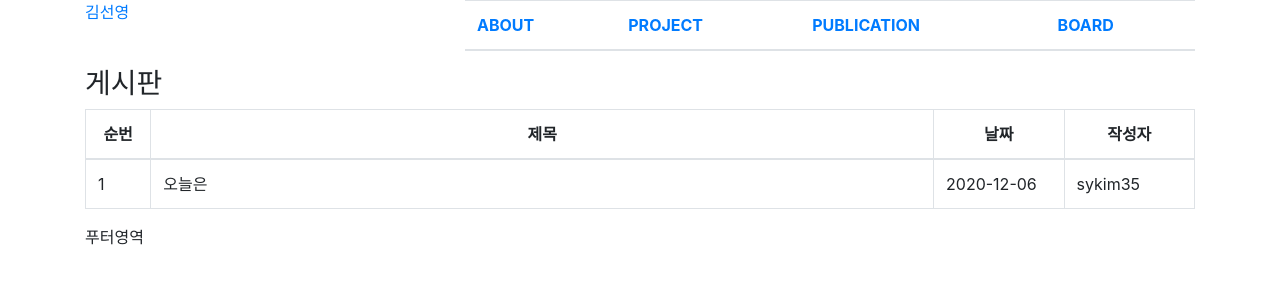
Repository: supremest35/web-projects
Page: http://localhost/noticeboard/board/list.jsp
The author's editor kept a copy of each file at every save. The page is drawn from the files as they stood at one save, then again after the next save.
The browser window is 1280 px wide. The pictures show the whole page.
The page is served by Tomcat 9. Other server files are loaded and not shown.

Above is the page before, as saved 2020-12-06 03:54:58.

### noticeboard/WebContent/board/list.jsp
<%@ page language="java" contentType="text/html; charset=UTF-8"
    pageEncoding="UTF-8"%>
<!DOCTYPE html>
<html lang="ko">
<head>
  <title>Bootstrap 4 Example</title>
  <meta charset="utf-8">
  <meta name="viewport" content="width=device-width, initial-scale=1">
  <link rel="stylesheet" href="https://maxcdn.bootstrapcdn.com/bootstrap/4.5.2/css/bootstrap.min.css">
  <script src="https://ajax.googleapis.com/ajax/libs/jquery/3.5.1/jquery.min.js"></script>
  <script src="https://cdnjs.cloudflare.com/ajax/libs/popper.js/1.16.0/umd/popper.min.js"></script>
  <script src="https://maxcdn.bootstrapcdn.com/bootstrap/4.5.2/js/bootstrap.min.js"></script>
</head>
<body>
<div class="container">
	<div class="row">
		<div class="col-2"><a href="index.jsp">김선영</a></div>
		<div class="col-2"></div>
		<div class="col-8">
			<table class="table">
				<thead>
					<tr>
						<th><a href="">ABOUT</a></th>
						<th><a href="">PROJECT</a></th>
						<th><a href="">PUBLICATION</a></th>
						<th><a href="board/list.jsp">BOARD</a></th>
					</tr>
				</thead>
			</table>
		</div>
	</div>
	<div class="row">
		<div class="col-12"><h3>게시판</h3></div>
		<div class="col-12">
			<div class="table">
				<table class="table table-bordered table-hover">
					<thead>
						<tr>
							<th style="width: 50px; text-align: center;">순번</th>
							<th style="width: 600px; text-align: center;">제목</th>
							<th style="width: 100px; text-align: center;">날짜</th>
							<th style="width: 100px; text-align: center;">작성자</th>
						</tr>
					</thead>
					<tbody>
						<tr>
							<td>1</td>
							<td>오늘은</td>
							<td>2020-12-06</td>
							<td>sykim35</td>
						</tr>
					</tbody>
				</table>
			</div>
		</div>
	</div>
	<div class="row">
		<div class="col-12">푸터영역</div>
	</div>
</div>
</body>
</html>

After the next save:
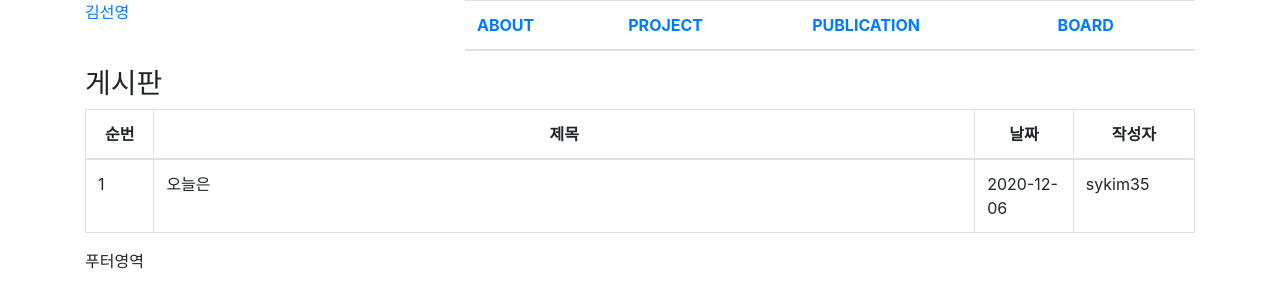
Saved 17 s later.
--- a/noticeboard/WebContent/board/list.jsp
+++ b/noticeboard/WebContent/board/list.jsp
@@ -38,8 +38,8 @@
 						<tr>
 							<th style="width: 50px; text-align: center;">순번</th>
 							<th style="width: 600px; text-align: center;">제목</th>
-							<th style="width: 100px; text-align: center;">날짜</th>
-							<th style="width: 100px; text-align: center;">작성자</th>
+							<th style="width: 50px; text-align: center;">날짜</th>
+							<th style="width: 50px; text-align: center;">작성자</th>
 						</tr>
 					</thead>
 					<tbody>

After the save that followed:
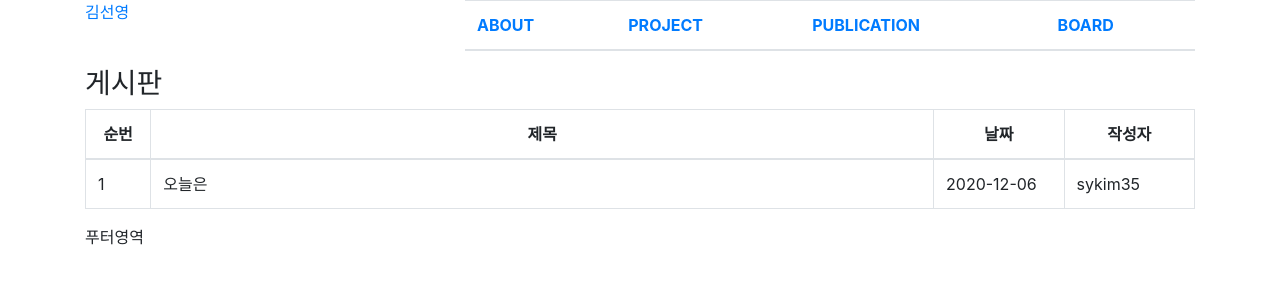
Saved 12 s later.
--- a/noticeboard/WebContent/board/list.jsp
+++ b/noticeboard/WebContent/board/list.jsp
@@ -38,8 +38,8 @@
 						<tr>
 							<th style="width: 50px; text-align: center;">순번</th>
 							<th style="width: 600px; text-align: center;">제목</th>
-							<th style="width: 50px; text-align: center;">날짜</th>
-							<th style="width: 50px; text-align: center;">작성자</th>
+							<th style="width: 100px; text-align: center;">날짜</th>
+							<th style="width: 100px; text-align: center;">작성자</th>
 						</tr>
 					</thead>
 					<tbody>
